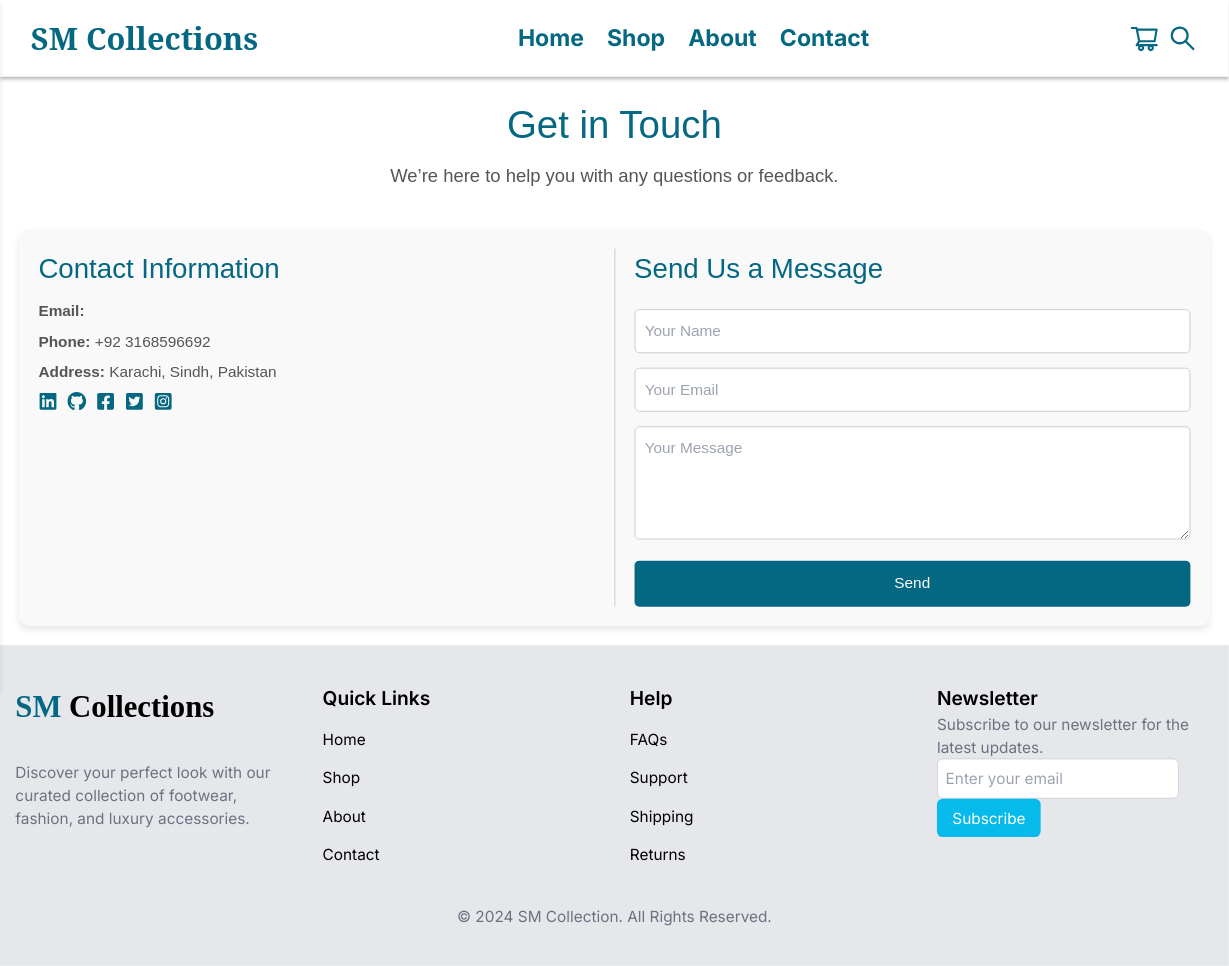
Repository: asadullah48/sm-collections-website-with-css
Page: /contact
An editor plug-in stored every save of this project. The page is shown before and after a run of saves, followed by the edit.
The browser window is 1280 px wide. The pictures show the whole page, at 96% of full size.
The project was rebuilt for these pictures with package versions that can differ from the ones it lists, and the page was loaded fresh each time. The framework's server and built-in components were replaced by stand-ins that run in the browser. Also part of the build but not shown: next.config.ts, src/redux/hooks.ts, src/style/cardCollection.css, src/components/cardCollection.tsx, src/style/cart.css, src/components/card.tsx.

Above is the page before, as saved 2024-12-06 15:08:14.

After the next 2 saves:
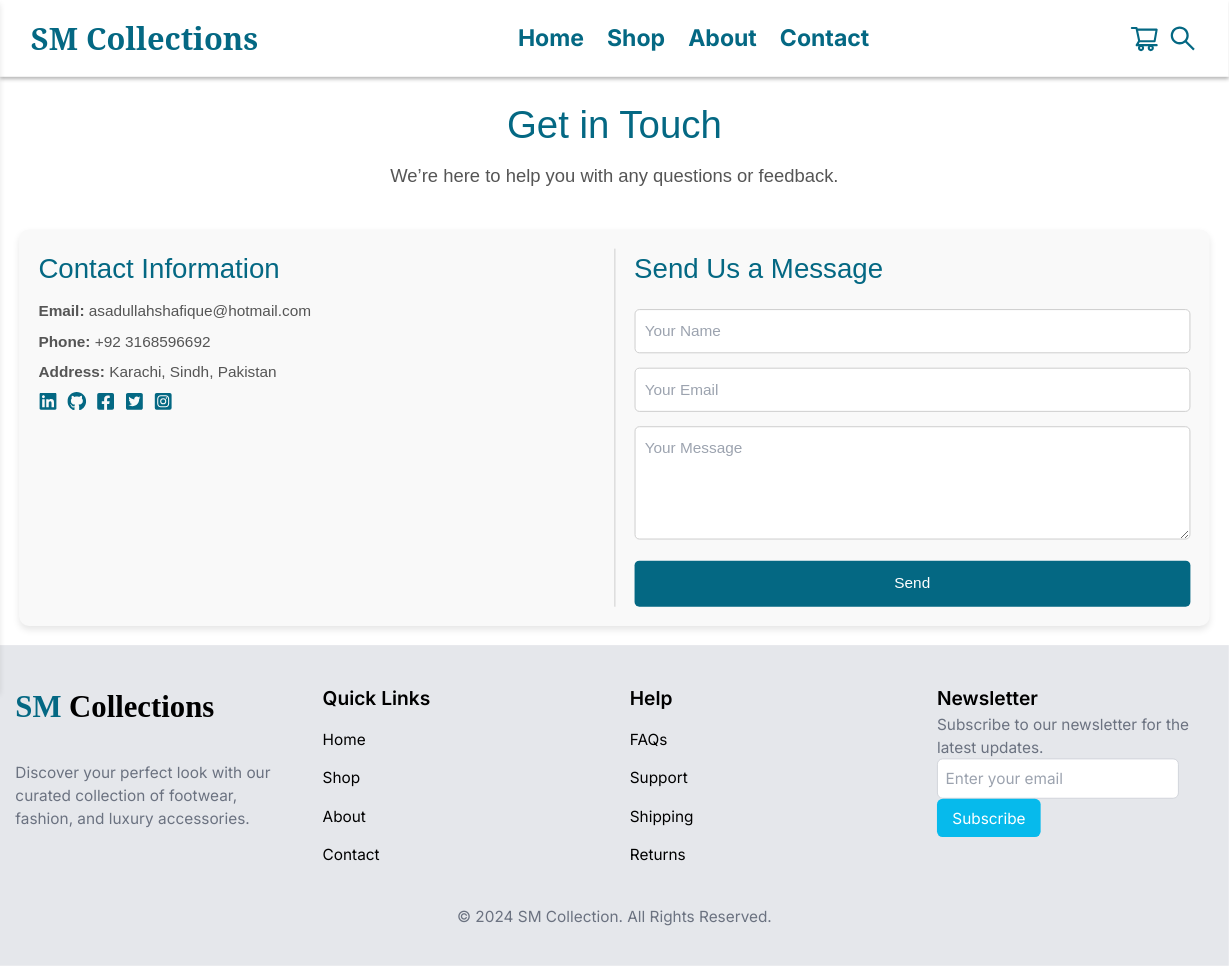
The 2 saves are shown as one change because they came seconds apart.
The last was saved 12 s later.
--- a/src/app/contact/page.tsx
+++ b/src/app/contact/page.tsx
@@ -13,7 +13,7 @@ const Contact = () => {
       <section className="contact-card">
         <div className="contact-info">
           <h2>Contact Information</h2>
-          <p><strong>Email:</strong> </p>
+          <p><strong>Email:</strong> asadullahshafique@hotmail.com</p>
           <p><strong>Phone:</strong> +92 3168596692</p>
           <p><strong>Address:</strong> Karachi, Sindh, Pakistan</p>
 
